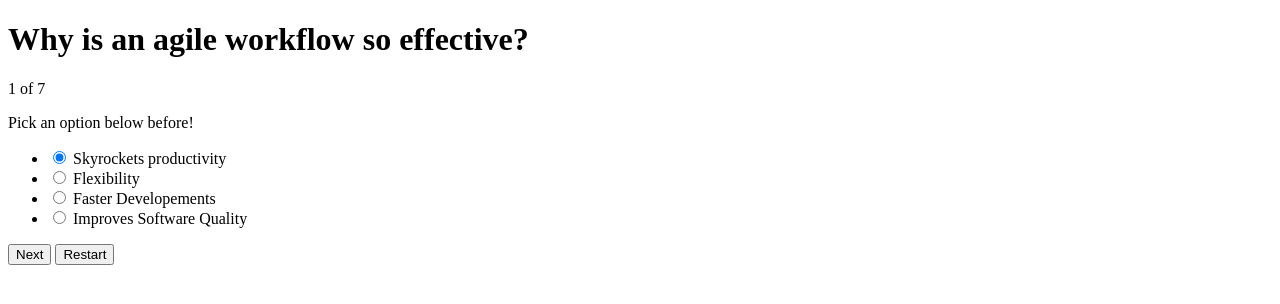
Repository: mukiSabljakovic/Quiz-APP
Page: index.html
An editor plug-in stored every save of this project. The page is shown before and after the next save, followed by the edit.
The browser window is 1280 px wide. The pictures show the whole page.
Some web fonts or font styles are not loaded; a fallback is used.

Above is the page before, as saved 2020-05-01 11:40:06.

After the next save:
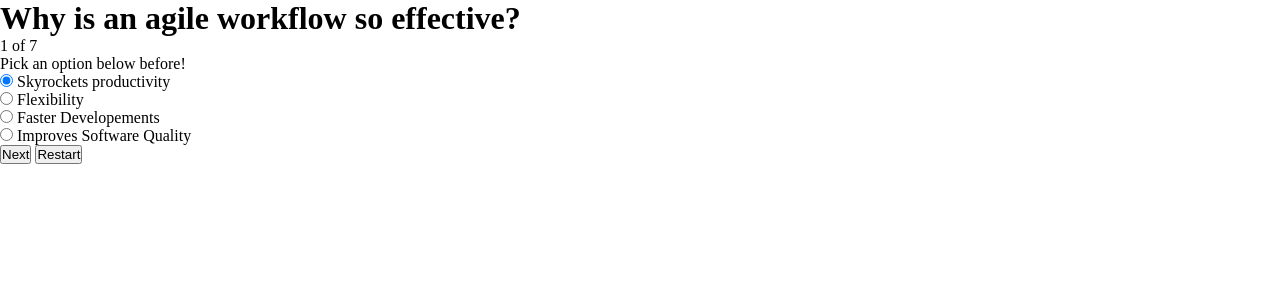
Saved 108 s later.
--- a/css/style.css
+++ b/css/style.css
@@ -1,19 +1,25 @@
 @import url("https://fonts-googleapis.com/css?family=Raleway|PT+Serif:700");
-:root {
 
 
+:root {
     --main-font-color: #1a1a1a;
     --main-bg-color: white;
     --main-theme-color: rgb(243, 168, 47);
     --light-white: #f5f5f5;
     --light-gray: #ccc;
     --light-black: #282a39;
+    --container-width: 768px;
     --font-body-stack: Raleway, Charcoal, sans-serif;
     --font-heading-stack: "PT Serif", sans-serif;
 
 }
 
-body {
-    background: var(--main-color);
-    font-family: var(--main-stack);
+* {
+ padding: 0;
+ margin: 0;
+ box-sizing: border-box;
 }
+
+.container {
+    max-width: var(--container-width);
+}
